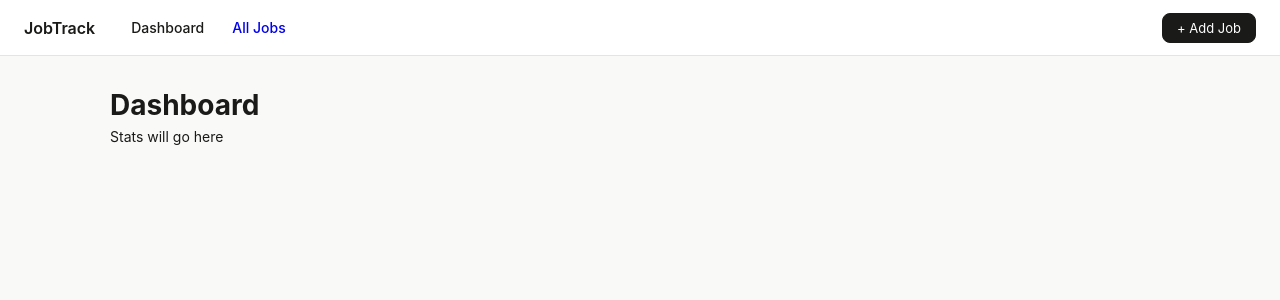
Repository: adtm0/jobtracker
Page: /dashboard (app in frontend/)
These files come from the project's save history. The page is drawn as it stood at one moment and after a run of saves; the edit follows.
The browser window is 1280 px wide. The pictures show the whole page.
The project was rebuilt for these pictures with package versions that can differ from the ones it lists, and the page was loaded fresh each time. Also part of the build but not shown: frontend/vite.config.js, frontend/src/pages/Login.jsx, frontend/src/pages/Register.jsx, frontend/src/pages/Jobs.jsx, frontend/src/pages/JobForm.jsx.

Above is the page before, as saved 2026-04-19 18:06:42.

After the next 2 saves:
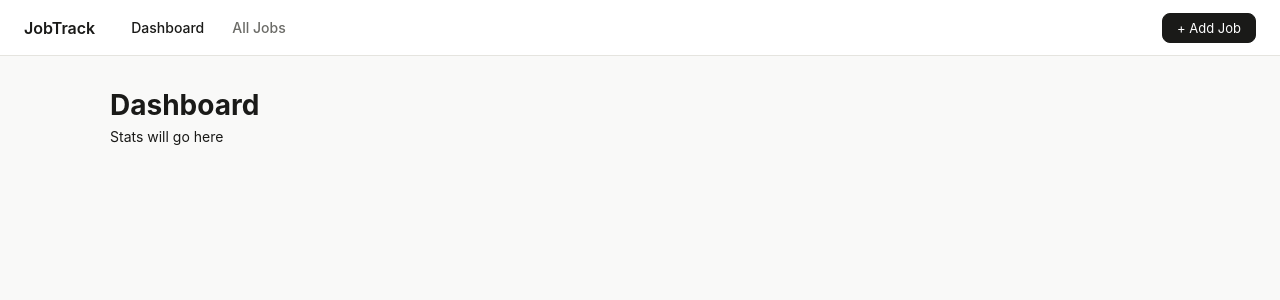
The 2 saves are shown as one change because they came seconds apart.
The last was saved 5 s later.
--- a/frontend/src/components/Navbar.jsx
+++ b/frontend/src/components/Navbar.jsx
@@ -45,5 +45,5 @@ const linkStyle = ({ isActive }) => ({
   fontWeight: 500,
   padding: '6px 12px',
   borderRadius: 6,
-  color: isActive ? '#1a1a18' : '#'
+  color: isActive ? '#1a1a18' : '#6b6b67'
 });
